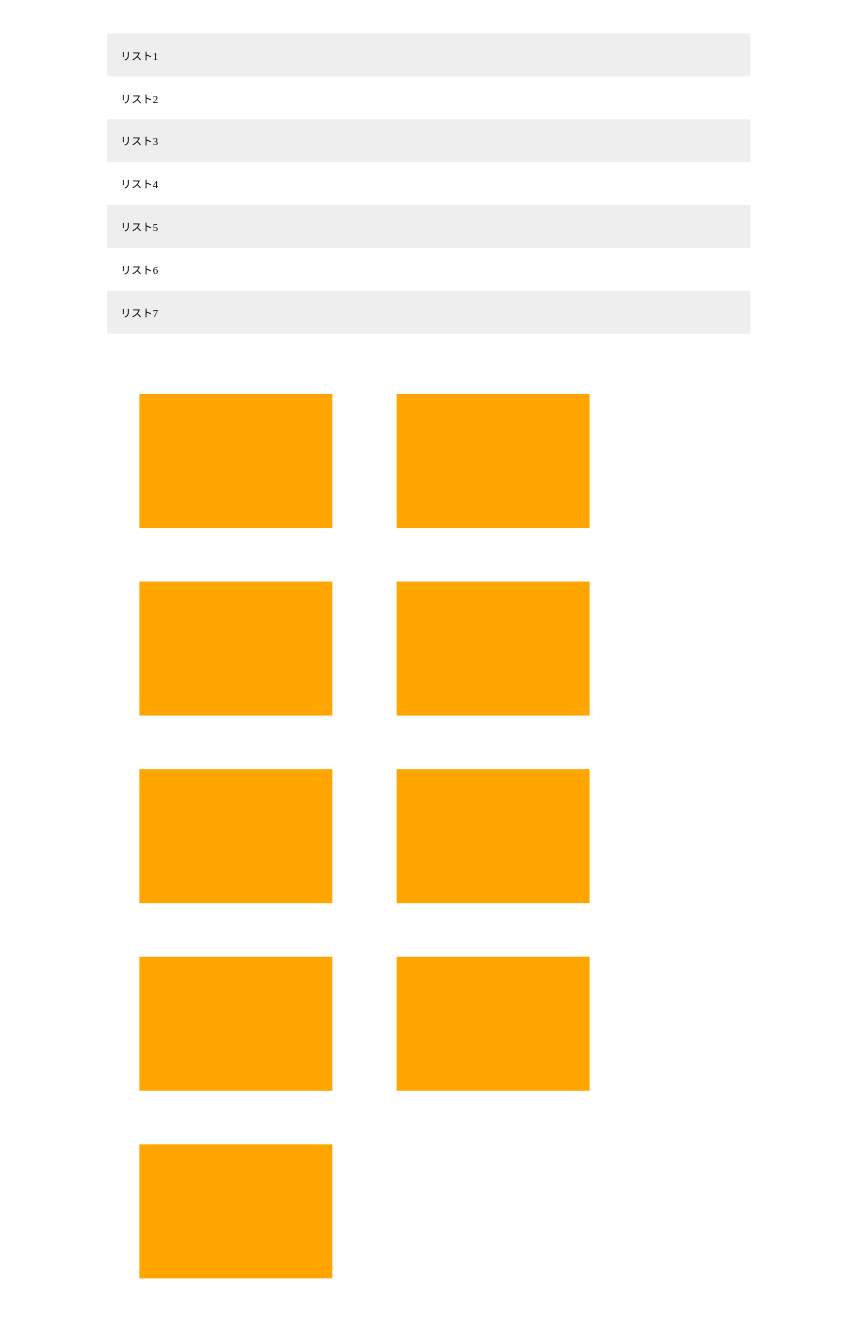
Repository: shizuki-okuma/dmm-webcamp
Page: chapter8-exercise/chapter8-exercise.html
The author's editor kept a record of every edit. The page is drawn from the files as they stood at one moment, then again after the next edit.
The browser window is 1280 px wide. The pictures show the whole page, at 67% of full size.

Above is the page before.

### chapter8-exercise/chapter8-exercise.html
<!DOCTYPE html>
<html lang="ja">
  <head>
    <meta charset="UTF-8" />
    <!-- CSSファイルの読み込み -->
    <link rel="stylesheet" href="style8.css" />
    <title>chapter8-exercise</title>
  </head>
  <body>
    <main>
    <div class="container1">
      <div class="list">リスト1</div>
      <div class="list">リスト2</div>
      <div class="list">リスト3</div>
      <div class="list">リスト4</div>
      <div class="list">リスト5</div>
      <div class="list">リスト6</div>
      <div class="list">リスト7</div>
    </div>
    <div class="container2">
      <div class="box1"></div>
      <div class="box1"></div>
      <div class="box1"></div>
      <div class="box1"></div>
      <div class="box1"></div>
      <div class="box1"></div>
      <div class="box1"></div>
      <div class="box1"></div>
      <div class="box1"></div>

    </div>
    </main>
  </body>
</html>

### chapter8-exercise/style8.css
* {
  margin: 0;
  padding: 0;
  box-sizing: border-box;
}
main {
  margin: 50px auto;
  width: 960px;
}
.container1 {
  margin-bottom: 50px;
}
.list {
  list-style: none;
  padding: 20px;
}
.list:nth-child(odd) {
  background-color: #eee;
}
.container2 {
  display: flex;
  flex-wrap: wrap;
}
.box1 {
  background-color: orange;
  width: 30%;
  height: 200px;

}
.box2 {
  background-color: yellow;
  width: 30%;
  height: 200px;
}
.container2>div {
  margin: 40px 5%;
}

After the next edit:
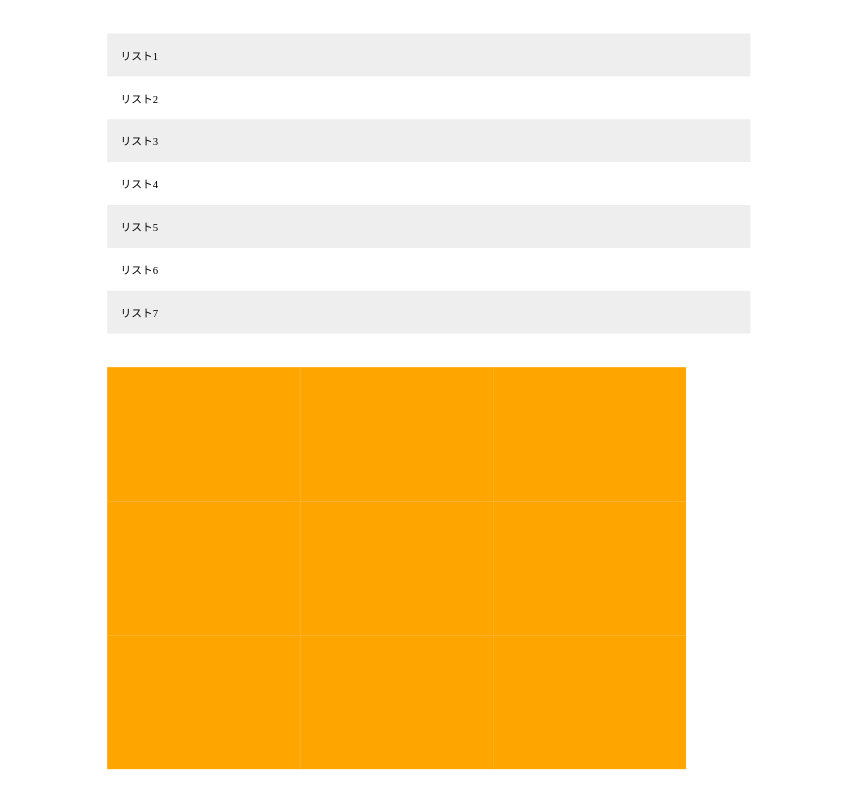
The edit:
--- a/chapter8-exercise/style8.css
+++ b/chapter8-exercise/style8.css
@@ -25,13 +25,10 @@
   background-color: orange;
   width: 30%;
   height: 200px;
+}
+.box:first-child,
+.box:nth-child(5),
+.box:last-child {
+
 
 }
-.box2 {
-  background-color: yellow;
-  width: 30%;
-  height: 200px;
-}
-.container2>div {
-  margin: 40px 5%;
-}
